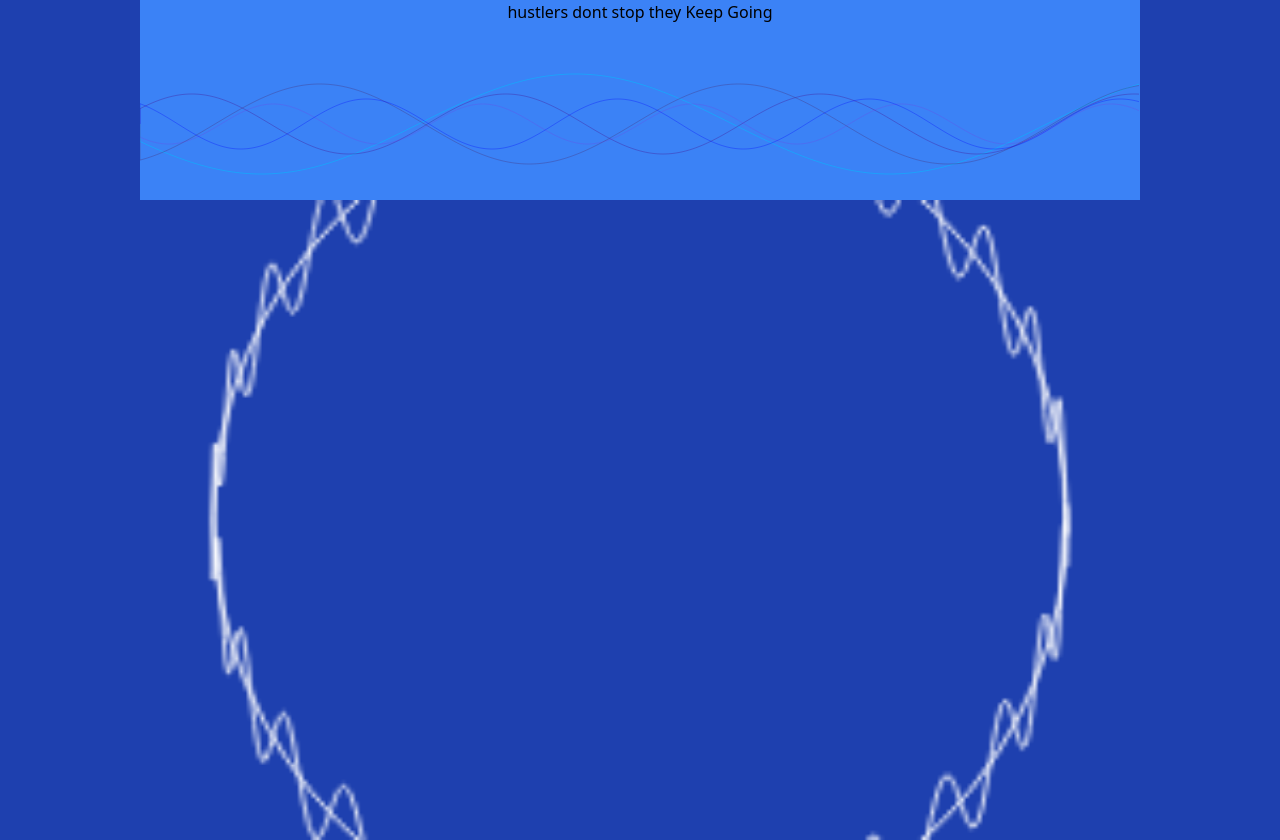
Repository: TMuse333/quantum-experiments
Page: /
The author's editor kept a copy of each file at every save. The page is drawn from the files as they stood at one save, then again after the next save.
The browser window is 1280 px wide. The pictures show the whole page.
The project was rebuilt for these pictures with package versions that can differ from the ones it lists, and the page was loaded fresh each time. Also part of the build but not shown: vite.config.ts.

Above is the page before, as saved 2024-06-08 18:40:40.

### src/App.tsx
import { useState } from 'react'
import reactLogo from './assets/react.svg'
import viteLogo from '/vite.svg'
import './App.css'
import SineWave from './components/sineWave/sineWave'
import ThreeJSWave from './components/threeeJsWave/threeJsWave'
import CircularWave from './components/circularWave/circularWave'

function App() {
  const [count, setCount] = useState(0)

  return (
    <>
    <div className='bg-blue-800 absolute top-0 left-0
    flex items-center flex-col justify-center w-screen'>


     <SineWave/>
     {/* <ThreeJSWave/> */}
     <CircularWave/>
     </div>
    </>
  )
}

export default App

### src/components/sineWave/sineWave.tsx
import React, { useRef, useEffect } from 'react';

const SineWave: React.FC = () => {
  const canvasRef = useRef<HTMLCanvasElement | null>(null);

  useEffect(() => {
    const canvas = canvasRef.current;
    if (!canvas) return;

    const c = canvas.getContext('2d');
    if (!c) return;

    const waves = [
      {
        amplitude: 50,
        frequency: 0.01,
        speed: 0.02,
        xOffset: 0,
        color: 'rgba(0, 191, 255, 0.5)', // Sky Blue
      },
      {
        amplitude: 30,
        frequency: 0.02,
        speed: 0.03,
        xOffset: 0,
        color: 'rgba(75, 0, 130, 0.3)', // Indigo
      },
      {
        amplitude: 20,
        frequency: 0.03,
        speed: 0.04,
        xOffset: 0,
        color: 'rgba(138, 43, 226, 0.2)', // Blue Violet
      },
      {
        amplitude: 40,
        frequency: 0.015,
        speed: 0.025,
        xOffset: 0,
        color: 'rgba(72, 61, 139, 0.4)', // Dark Slate Blue
      },
      {
        amplitude: 25,
        frequency: 0.025,
        speed: 0.035,
        xOffset: 0,
        color: 'rgba(0, 0, 255, 0.3)', // Blue
      },
    ];

    const resizeHandler = () => {
      canvas.width = canvas.parentElement?.clientWidth ?? window.innerWidth;
      canvas.height = canvas.parentElement?.clientHeight ?? window.innerHeight;
    };

    window.addEventListener('resize', resizeHandler);
    resizeHandler();

    const draw = () => {
      c.clearRect(0, 0, canvas.width, canvas.height);
      waves.forEach((wave) => {
        c.beginPath();
        c.moveTo(0, canvas.height / 2);
        for (let x = 0; x < canvas.width; x++) {
          const y = canvas.height / 2 + Math.sin(x * wave.frequency + wave.xOffset) * wave.amplitude;
          c.lineTo(x, y);
        }
        c.strokeStyle = wave.color;
        c.stroke();
        wave.xOffset += wave.speed;
      });
      requestAnimationFrame(draw);
    };

    draw();

    return () => {
      window.removeEventListener('resize', resizeHandler);
    };
  }, []);

  return (
    <div className='w-screen bg-blue-500 relative h-[200px] max-w-[1000px] ml-auto mr-auto'>
        <h1>hustlers dont stop they Keep Going</h1>
      <canvas className='h-full w-full mt-auto mb-auto' ref={canvasRef} />
    </div>
  );
};

export default SineWave;

### src/components/circularWave/circularWave.tsx
import React, { useEffect, useRef } from 'react';

const CircularWave: React.FC = () => {
  const canvasRef = useRef<HTMLCanvasElement | null>(null);
  const frameId = useRef<number | null>(null); // To store the frame ID

  useEffect(() => {
    const canvas = canvasRef.current;
    if (!canvas) return;

    const c = canvas.getContext('2d');
    if (!c) return;

    const centerX = canvas.width / 2;
    const centerY = canvas.height / 2;
    const radius = 100; // Radius of the circular wave
    const waveLength = 600; // Wavelength of the wave
    const amplitude = 10; // Amplitude of the wave
    const frequency = 0.002; // Frequency of the wave
    const phaseShift = Math.PI / 2; // Phase shift to start the wave from the top

    const draw = () => {
      c.clearRect(0, 0, canvas.width, canvas.height);

      // Draw circular path
      c.beginPath();
      c.arc(centerX, centerY, radius, 0, Math.PI * 2);
      c.strokeStyle = 'rgba(255, 255, 255, 0.2)';
      c.stroke();

      // Draw circular wave
      for (let angle = 0; angle < Math.PI * 2; angle += 0.02) {
        const x = centerX + radius * Math.cos(angle);
        const y = centerY + radius * Math.sin(angle) + amplitude * Math.sin(angle * waveLength + frequency * angle + phaseShift);
        if (angle === 0) {
          c.moveTo(x, y);
        } else {
          c.lineTo(x, y);
        }
      }

      c.strokeStyle = 'rgba(255, 255, 255, 0.8)';
      c.stroke();

      frameId.current = requestAnimationFrame(draw);
    };

    draw();

    // Cleanup function
    return () => cancelAnimationFrame(frameId.current ?? 0); // Use ?? operator to handle null or undefined frame ID
  }, []);

  return (
    <canvas
      className='h-full w-full'
      ref={canvasRef}
      style={{ width: '100%', height: '100%' }}
    ></canvas>
  );
};

export default CircularWave;

Loaded but not shown: index.html (common file); src/main.tsx (common file); src/index.css (common file); src/App.css (common file); tailwind.config.js (common file)

After the next save:
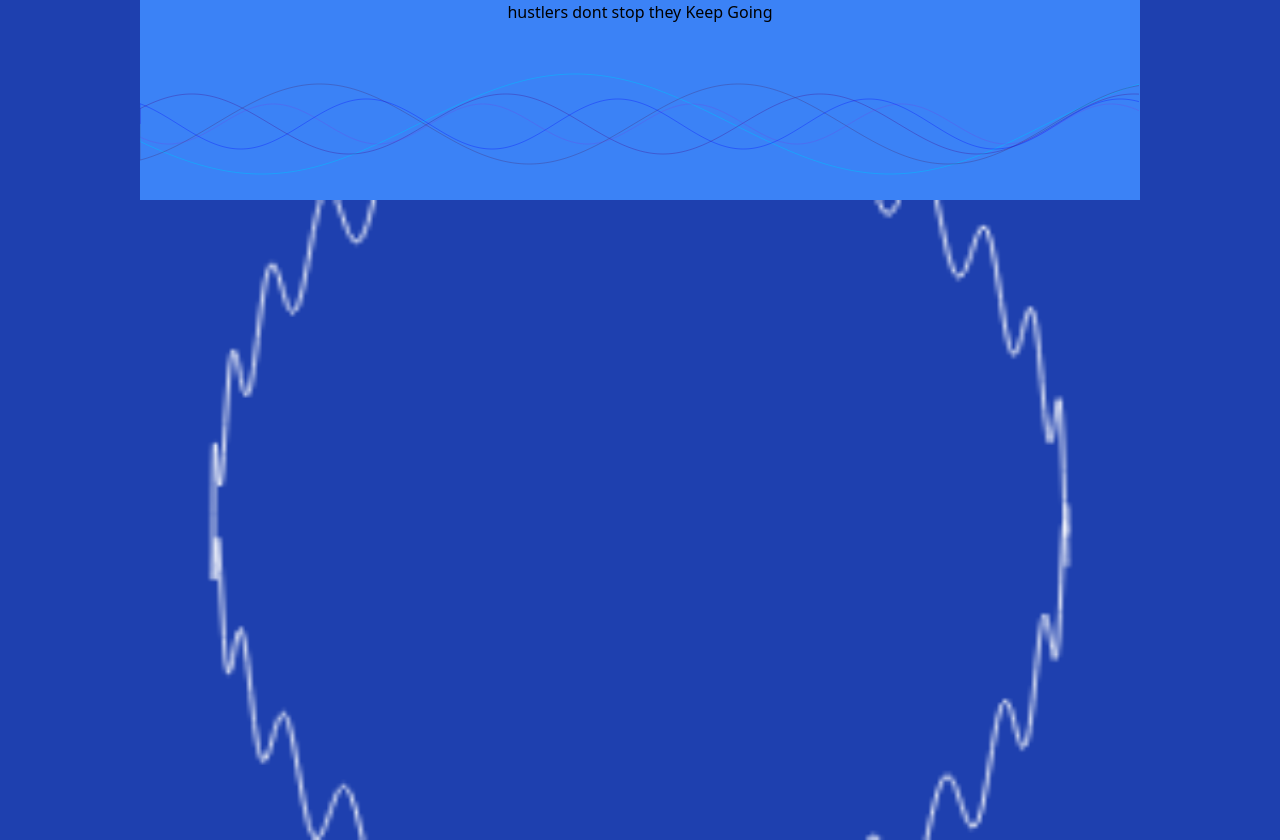
Saved 13 s later.
--- a/src/components/circularWave/circularWave.tsx
+++ b/src/components/circularWave/circularWave.tsx
@@ -24,8 +24,8 @@ const CircularWave: React.FC = () => {
 
       // Draw circular path
       c.beginPath();
-      c.arc(centerX, centerY, radius, 0, Math.PI * 2);
-      c.strokeStyle = 'rgba(255, 255, 255, 0.2)';
+    //   c.arc(centerX, centerY, radius, 0, Math.PI * 2);
+    //   c.strokeStyle = 'rgba(255, 255, 255, 0.2)';
       c.stroke();
 
       // Draw circular wave
